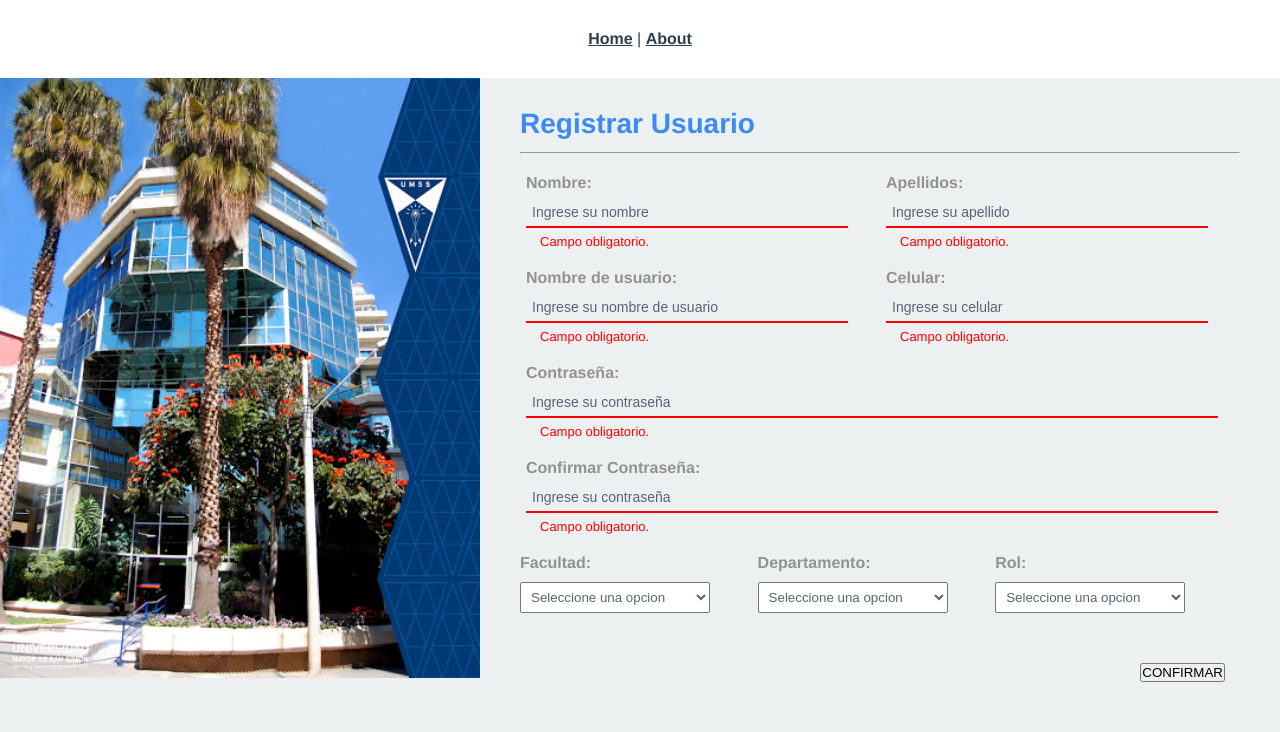
Repository: BritanyTorrico/front-cotizaciones
Page: /register
An editor plug-in stored every save of this project. The page is shown before and after the next save, followed by the edit.
The browser window is 1280 px wide. The pictures show the whole page.
The project was rebuilt for these pictures with package versions that can differ from the ones it lists, and the page was loaded fresh each time. Also part of the build but not shown: vue.config.js, src/components/HelloWorld.vue, src/views/Home.vue.

Above is the page before, as saved 2021-04-22 12:33:17.

### src/main.js
import Vue from "vue";
import App from "./App.vue";
import router from "./router";
import store from "./store";
import instance from "@/services/axios";
import Vuelidate from "vuelidate";
Vue.config.productionTip = false;
Vue.prototype.$http = instance;
Vue.use(Vuelidate);
new Vue({
    router,
    store,
    render: (h) => h(App),
}).$mount("#app");

### src/App.vue
<template>
  <div id="app">
    <div id="nav">
      <router-link to="/">Home</router-link> |
      <router-link to="/about">About</router-link>
    </div>
    <router-view />
  </div>
</template>

<style>
* {
  padding: 0;
  margin: 0;
}
:root {
  --color-title: #3d8af7;
  --color-name: #929292;
  --color-line: #c0c0c0;
}
#app {
  font-family: Avenir, Helvetica, Arial, sans-serif;
  -webkit-font-smoothing: antialiased;
  -moz-osx-font-smoothing: grayscale;
  text-align: center;
  color: #2c3e50;
}

#nav {
  padding: 30px;
}

#nav a {
  font-weight: bold;
  color: #2c3e50;
}

#nav a.router-link-exact-active {
  color: #42b983;
}
</style>

### src/router/index.js
import Vue from "vue";
import VueRouter from "vue-router";
import Home from "../views/Home.vue";

Vue.use(VueRouter);

const routes = [{
        path: "/",
        name: "Home",
        component: Home,
    },
    {
        path: "/about",
        name: "About",
        // route level code-splitting
        // this generates a separate chunk (about.[hash].js) for this route
        // which is lazy-loaded when the route is visited.
        component: () =>
            import ( /* webpackChunkName: "about" */ "../views/About.vue"),
    },
    {
        path: "/register",
        name: "RegisterUserPage",
        component: () =>
            import ("../views/RegisterUserPage.vue"),
    },
];

const router = new VueRouter({
    mode: "history",
    base: process.env.BASE_URL,
    routes,
});

export default router;

### src/services/axios.js
import axios from "axios";

const instance = axios.create({
    baseURL: "http://localhost:4000/",
    headers: { "Content-Type": "application/json" },
});

export default instance;

### src/views/RegisterUserPage.vue
<template>
  <div>
    <register-user />
  </div>
</template>

<script>
import RegisterUser from "@/components/User/RegisterUser.vue";
export default {
  components: { RegisterUser },
  name: "RegisterUserPage",
};
</script>

<style lang="scss" scoped></style>

### src/components/User/RegisterUser.vue
<template>
  <div class="container">
    <form @submit.prevent="submitForm">
      <div class="flex-container">
        <div class="form__image">
          <img src="@/assets/edificioUMSS.jpg" alt="" />
        </div>

        <div class="form__datos">
          <div class="form_title">
            <h1>Registrar Usuario</h1>
            <hr class="form__linea" />
          </div>
          <div class="form__section">
            <div class="form__name">
              <label
                ><div class="formulario_label">Nombre:</div>
                <input
                  v-on:keydown="keyhandler($event)"
                  :class="
                    $v.users.nombres.$invalid
                      ? 'form_check-input-error'
                      : 'form__input'
                  "
                  type="text"
                  placeholder="Ingrese su nombre"
                  v-model="users.nombres"
                />
              </label>
              <div class="form_check-error" v-if="!$v.users.nombres.required">
                Campo obligatorio.
              </div>
            </div>
            <div class="form__name">
              <label
                ><div class="formulario_label">Apellidos:</div>
                <input
                  :class="
                    $v.users.apellidos.$invalid
                      ? 'form_check-input-error'
                      : 'form__input'
                  "
                  type="text"
                  placeholder="Ingrese su apellido"
                  required
                  v-model="users.apellidos"
                />
              </label>
              <div class="form_check-error" v-if="!$v.users.apellidos.required">
                Campo obligatorio.
              </div>
            </div>
          </div>
          <div class="form__section">
            <div class="form__name">
              <label
                ><div class="formulario_label">Nombre de usuario:</div>
                <input
                  :class="
                    $v.users.nombre_usuario.$invalid
                      ? 'form_check-input-error'
                      : 'form__input'
                  "
                  type="text"
                  placeholder="Ingrese su nombre de usuario"
                  v-model="users.nombre_usuario"
                  required
                />
              </label>
              <div
                class="form_check-error"
                v-if="!$v.users.nombre_usuario.required"
              >
                Campo obligatorio.
              </div>
            </div>
            <div class="form__name">
              <label
                ><div class="formulario_label">Celular:</div>
                <input
                  :class="
                    $v.users.celular.$invalid
                      ? 'form_check-input-error'
                      : 'form__input'
                  "
                  type="text"
                  placeholder="Ingrese su celular"
                  v-model="users.celular"
                />
              </label>
              <div class="form_check-error" v-if="!$v.users.celular.required">
                Campo obligatorio.
              </div>
            </div>
          </div>
          <div class="form__section2">
            <div class="formulario_label">Contraseña:</div>
            <input
              type="password"
              :class="
                $v.users.contrasena.$invalid
                  ? 'form_check-input-error'
                  : 'form__input'
              "
              placeholder="Ingrese su contraseña"
              v-model="users.contrasena"
            />
            <div class="form_check-error" v-if="!$v.users.contrasena.required">
              Campo obligatorio.
            </div>
          </div>
          <div class="form__section2">
            <div class="formulario_label">Confirmar Contraseña:</div>
            <input
              type="password"
              :class="
                $v.users.confirmarContraseña.$invalid
                  ? 'form_check-input-error'
                  : 'form__input'
              "
              placeholder="Ingrese su contraseña"
              v-model="users.confirmarContraseña"
            />
            <div
              class="form_check-error"
              v-if="!$v.users.confirmarContraseña.required"
            >
              Campo obligatorio.
            </div>
          </div>
          <div class="form__section3">
            <div class="fomrm__section__item">
              <lista-desplegable
                v-model="users.facultad"
                nombreLista="Facultad:"
                :lista="listfacultad"
              ></lista-desplegable>
            </div>
            <div class="fomrm__section__item">
              <lista-desplegable
                v-model="users.departamento"
                nombreLista="Departamento:"
                :lista="listDepartament"
              ></lista-desplegable>
            </div>
            <div class="fomrm__section__item">
              <lista-desplegable
                v-model="users.nombre_rol"
                nombreLista="Rol:"
                :lista="listRoles"
              ></lista-desplegable>
            </div>
          </div>
          <div class="boton">
            <button>CONFIRMAR</button>
          </div>
          <Alert ref="alert"></Alert>
        </div>
      </div>
    </form>
  </div>
</template>

<script>
import { required, maxLength } from "vuelidate/lib/validators";
import ListaDesplegable from "./ListaDesplegable.vue";
import Alert from "@/components/User/Alert.vue";
export default {
  components: { ListaDesplegable, Alert },
  name: "RegisterUser",
  data() {
    return {
      users: {
        nombre_usuario: null,
        contrasena: null,
        confirmarContraseña: null,
        nombres: null,
        apellidos: null,
        celular: null,
        facultad: null,
        departamento: null,
        nombre_rol: null,
      },
      listDepartament: [
        "Ingeniería de Sistemas",
        "Ingeniería Informática",
        "Ingeniería Civil",
        "Ingeniería Mecánica",
        "Administración",
      ],
      listfacultad: [
        "FACULTAD DE CIENCIAS Y TECNOLOGIA",
        "FACULTAD DE CIENCIAS ECONÓMICAS",
      ],
      listRoles: [
        "Super Usuario",
        "Jefe de Departamento",
        "Secretario",
        "Cotizador",
        "Responsable de Presupuestos",
      ],
    };
  },
  validations: {
    users: {
      nombres: {
        required,
        maxLength: maxLength(30),
      },
      apellidos: {
        required,
      },
      nombre_usuario: {
        required,
      },
      contrasena: {
        required,
      },
      confirmarContraseña: {
        required,
      },
      celular: {
        required,
      },
    },
  },
  methods: {
    keyhandler(e) {
      if (!e.key.match(/^[a-zA-Z0-9ñÑáéíóúÁÉÍÓÚ.\s]*$/)) {
        e.preventDefault();
      }
    },
    async submitForm() {
      try {
        if (!this.$v.users.$invalid) {
          console.log("creo");
          await this.sendDataUsers();

          this.alert("success", "Usuario creado exitosamente");
          await this.sendUsernameRol();
        } else {
          this.alert("warning", "Rellene todos los datos correctamente");
        }
      } catch (error) {
        this.alert("warning", "Error al crear usuario");
      }
    },

    async sendUsernameRol() {
      try {
        console.log("roles");
        await this.$http.post("usersPerRole", {
          nombre_rol: this.users.nombre_rol,
          nombre_usuario: this.users.nombre_usuario,
        });
      } catch (error) {
        throw new Error("ALGO SALIO MAL");
      }
    },
    async sendDataUsers() {
      try {
        console.log(this.users);
        await this.$http.post("users", {
          nombre_usuario: this.users.nombre_usuario,
          contrasena: this.users.contrasena,
          nombres: this.users.nombres,
          apellidos: this.users.apellidos,
          celular: this.users.celular,
          facultad: this.users.facultad,
          departamento: this.users.departamento,
        });
      } catch (error) {
        throw new Error("ALGO SALIO MAL");
      }
    },
    alert(alertType, alertMessage) {
      this.$refs.alert.showAlert(alertType, alertMessage);
    },
  },
};
</script>

<style lang="css" scoped>
.flex-container {
  display: flex;
  background-color: #ecf0f1;
}
.form__image {
  width: 40%;
}
.form__image img {
  width: 100%;
  height: 600px;
}

.form__datos {
  width: 60%;
  margin-left: 40px;
  margin-right: 40px;
}
.form_title {
  color: var(--color-title);
  text-align: left;
  font-size: 14px;
}
.form_title h1 {
  padding-top: 30px;
  padding-bottom: 12px;
}
.form__linea {
  color: var(--color-title);
}
.form__input {
  width: 100%;
  padding: 6px;
  margin: 6px 6px;
  border: none;
  border-bottom: 2px solid var(--color-line);
  background-color: transparent;
  color: black;
  font-size: 14px;
}
.form_check-input-error {
  width: 100%;
  padding: 6px;
  margin: 6px 6px;
  border: none;
  border-bottom: 2px solid red;
  background-color: transparent;
  color: black;
  font-size: 14px;
}
.form__input:focus {
  background: linear-gradient(to bottom, transparent, #ced6e0);
  outline: none;
  border-bottom: 2px solid #747d8c;
}
.form_check-input-error:focus {
  background: linear-gradient(to bottom, transparent, #ced6e0);
  outline: none;
  border-bottom: 2px solid gray;
}
::placeholder {
  color: #576574;
}
.form__section {
  margin-top: 20px;
  display: flex;
}
.form__section2 {
  margin-top: 20px;
  margin-right: 40px;
}
.form__section3 {
  display: flex;
}
.fomrm__section__item {
  width: 33%;
}
.formulario_label {
  padding-left: 6px;
  color: var(--color-name);
  text-align: left;
  font-weight: bold;
}
.form__name {
  width: 100%;
  padding-right: 50px;
}
.boton {
  display: flex;
  justify-content: right;
  align-items: right;
  margin: 50px 15px;
}
.boton__input {
  width: 120px;
  height: 35px;
  border-radius: 30px;
  background: blue;
  color: white;
  font-weight: bold;
  border-bottom: none;
  border: none;
}
.form_check-error {
  color: red;
  font-size: 13px;
  text-align: left;
  margin-left: 20px;
}
</style>

### src/components/User/ListaDesplegable.vue
<template>
  <div class="container">
    <div class="container__label">{{ nombreLista }}</div>
    <select
      v-on:input="$emit('input', $event.target.value)"
      class="container__list"
    >
      <option selected="true" disabled="disabled">Seleccione una opcion</option>
      <option
        class="container__list__option"
        v-for="(item, index) in lista"
        :key="index"
        :value="item"
      >
        {{ item }}</option
      >
    </select>
  </div>
</template>

<script>
export default {
  name: "ListaDesplegable",
  data() {
    return {};
  },
  props: {
    value: String,
    nombreLista: String,
    nombre: String,
    lista: Array,
  },

  methods: {},
};
</script>

<style lang="css" scoped>
.container {
  text-align: left;
  padding-top: 20px;
}
.container__label {
  color: var(--color-name);
  margin-bottom: 10px;
  font-weight: bold;
}
.container__list {
  width: 80%;
  color: #576574;
  padding: 6px;
}
.container__list__option {
}
</style>

### src/components/User/Alert.vue
<template>
  <div v-if="show" class="alert" :class="type">
    <span class="closebtn" @click="hideAlert()">&times;</span>
    {{ message }}
  </div>
</template>

<script>
export default {
  name: "Alert",
  data() {
    return {
      show: false,
      type: "",
      message: "",
    };
  },
  methods: {
    showAlert(alertType, alertMessage) {
      this.type = alertType;
      this.message = alertMessage;
      this.show = true;
    },
    hideAlert() {
      this.show = false;
    },
  },
};
</script>

<style scoped>
.alert {
  display: block;
  padding: 20px;
  color: white;
  top: 30px;
  right: 0px;
  position: fixed;
  z-index: 2;
}
.success {
  background-color: #0064d0;
}
.warning {
  background-color: #ed1c24;
}
.closebtn {
  margin-left: 15px;
  color: white;
  font-weight: bold;
  float: right;
  font-size: 22px;
  line-height: 20px;
  cursor: pointer;
  transition: 0.3s;
}
.closebtn:hover {
  color: black;
}
</style>

Loaded but not shown: public/index.html (common file); src/store/index.js (common file)

After the next save:
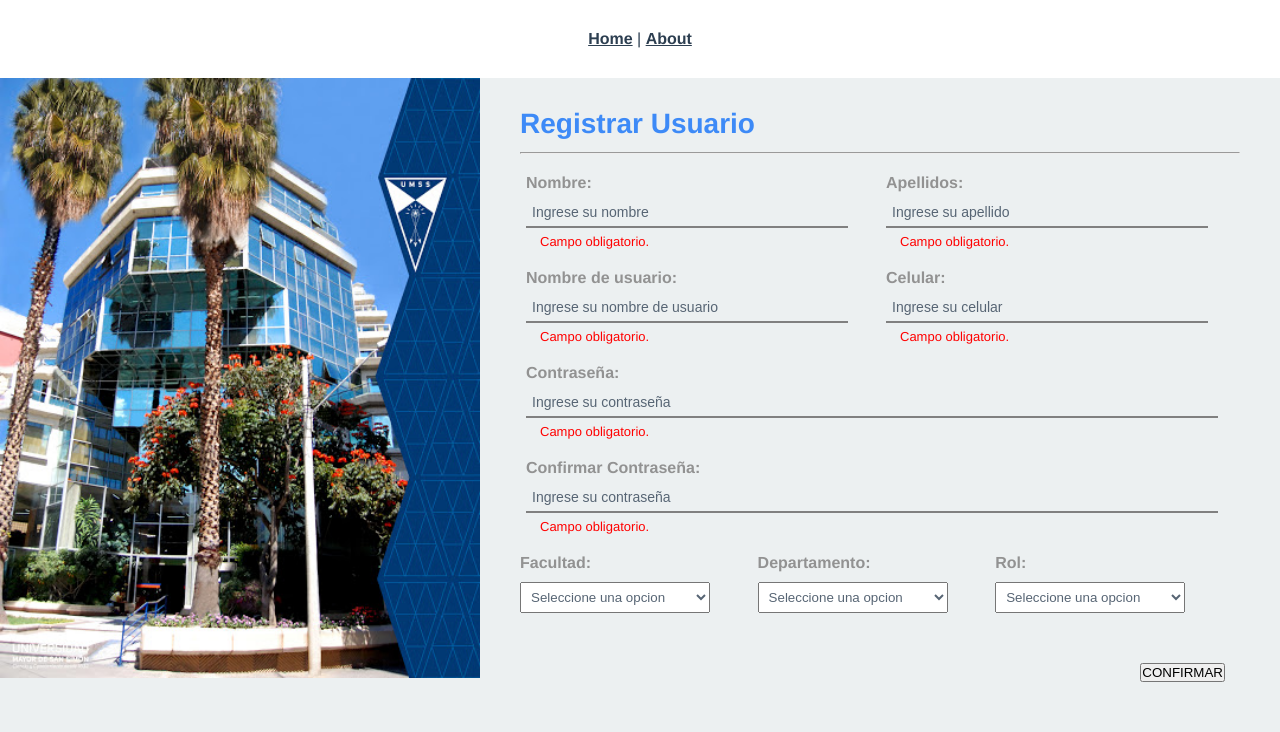
Saved 4 s later.
--- a/src/components/User/RegisterUser.vue
+++ b/src/components/User/RegisterUser.vue
@@ -325,7 +325,7 @@
   padding: 6px;
   margin: 6px 6px;
   border: none;
-  border-bottom: 2px solid red;
+  border-bottom: 2px solid gray;
   background-color: transparent;
   color: black;
   font-size: 14px;
